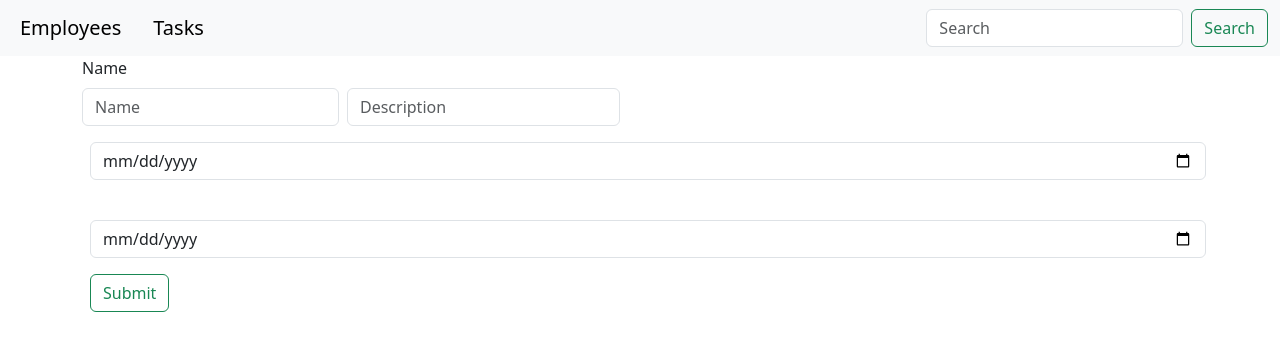
Repository: RaffiBarseghyan/employees
Page: /tasks
An editor plug-in stored every save of this project. The page is shown before and after a run of saves, followed by the edit.
The browser window is 1280 px wide. The pictures show the whole page.
The project was rebuilt for these pictures with package versions that can differ from the ones it lists, and the page was loaded fresh each time. Some packages were replaced by stand-ins written for this rebuild. Also part of the build but not shown: src/App.css, src/Pages/Employees/employees.module.scss, src/Pages/UpDel/upDel.module.scss, src/Pages/UpDel/delete.jsx, src/Pages/Employees/employees.jsx, src/Pages/Tasks/tasks.module.scss, src/Pages/UpDel/update.jsx.

Above is the page before, as saved 2023-06-15 21:34:35.

### src/App.jsx
import "./App.css";
import Header from "./Pages/Header/header";
import { BrowserRouter, Routes, Route } from "react-router-dom";
import "bootstrap/dist/css/bootstrap.css";
import Employees from "./Pages/Employees/employees";
import Tasks from "./Pages/Tasks/tasks";
import Update from "./Pages/UpDel/update";

function App() {
  return (
    <>
      <BrowserRouter>
        <Header />

        <Routes>
          <Route path="/employees" element={<Employees />} />

          <Route path="/tasks" element={<Tasks />} />
          <Route path="/update" element={<Update />} />
        </Routes>
      </BrowserRouter>
    </>
  );
}

export default App;

### src/Pages/Header/header.jsx
import { Link } from "react-router-dom";
import style from "./header.module.scss";

function Header() {
  return (
    <>
      <nav className="navbar navbar-expand-lg bg-body-tertiary">
        <div className="container-fluid">
          <button
            className="navbar-toggler"
            type="button"
            data-bs-toggle="collapse"
            data-bs-target="#navbarSupportedContent"
            aria-controls="navbarSupportedContent"
            aria-expanded="false"
            aria-label="Toggle navigation"
          >
            <span className="navbar-toggler-icon"></span>
          </button>
          <div className="collapse navbar-collapse" id="navbarSupportedContent">
            <ul className="navbar-nav me-auto mb-2 mb-lg-0">
              <li className="nav-item">
                <Link className={`nav-link navbar-brand active ${style.linkStyle}`} to="/employees">
                  Employees
                </Link>
              </li>
              <li className="nav-item">
                <Link
                  className={`nav-link navbar-brand ${style.linkStyle}`}
                  to="/tasks"
                >
                  Tasks
                </Link>
              </li>
            </ul>
            <form className="d-flex" role="search">
              <input
                className="form-control me-2"
                type="search"
                placeholder="Search"
                aria-label="Search"
              />
              <button className="btn btn-outline-success" type="submit">
                Search
              </button>
            </form>
          </div>
        </div>
      </nav>
    </>
  );
}

export default Header;

### src/Pages/Tasks/tasks.jsx
import style from "./tasks.module.scss";

function Tasks() {
  return (
    <>
      <form
        action="https://rocky-temple-83495.herokuapp.com/tasks"
        method="post"
        target="_blank"
        className={`${style.employeeForm} container`}
      >
        <label htmlFor="name">
          Name
          <input
            className="form-control mt-2 "
            type="text"
            id="name"
            name="name"
            placeholder="Name"
          />
        </label>

        <label htmlFor="">

          <input
            className="form-control m-2"
            type="text"
            id="lname"
            name="description"
            placeholder="Description"
          />
        </label>

        <label htmlFor=""></label>

        <input
          className="form-control m-2"
          type="date"
          id="startDate"
          name="startDate"
          placeholder="startDate"
        />
        <label htmlFor=""></label>

        <input
          className="form-control m-2"
          type="date"
          id="endDate"
          name="endDate"
          placeholder="endDate"
        />

        <input
          className="btn btn-outline-success m-2"
          type="submit"
          value="Submit"
        />
      </form>
    </>
  );
}

export default Tasks;

Loaded but not shown: src/index.js (common file); src/index.css (common file); src/reportWebVitals.js (common file); src/Pages/Header/header.module.scss (no stored copy; drawn as an empty file)

After the next 4 saves:
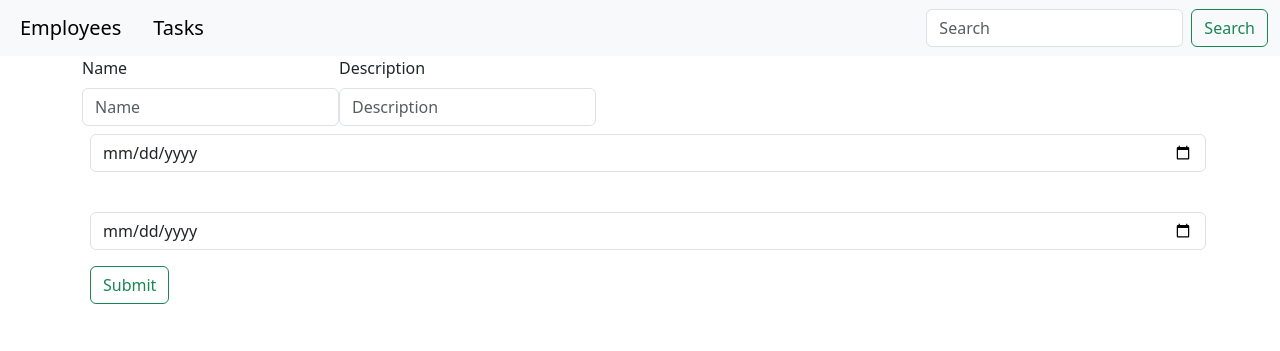
The 4 saves are shown as one change because they came seconds apart.
The last was saved 11 s later.
--- a/src/Pages/Tasks/tasks.jsx
+++ b/src/Pages/Tasks/tasks.jsx
@@ -21,9 +21,9 @@ function Tasks() {
         </label>
 
         <label htmlFor="">
-
+          Description
           <input
-            className="form-control m-2"
+            className="form-control mt-2"
             type="text"
             id="lname"
             name="description"
@@ -31,7 +31,9 @@ function Tasks() {
           />
         </label>
 
-        <label htmlFor=""></label>
+        <label htmlFor="">
+
+        </label>
 
         <input
           className="form-control m-2"
